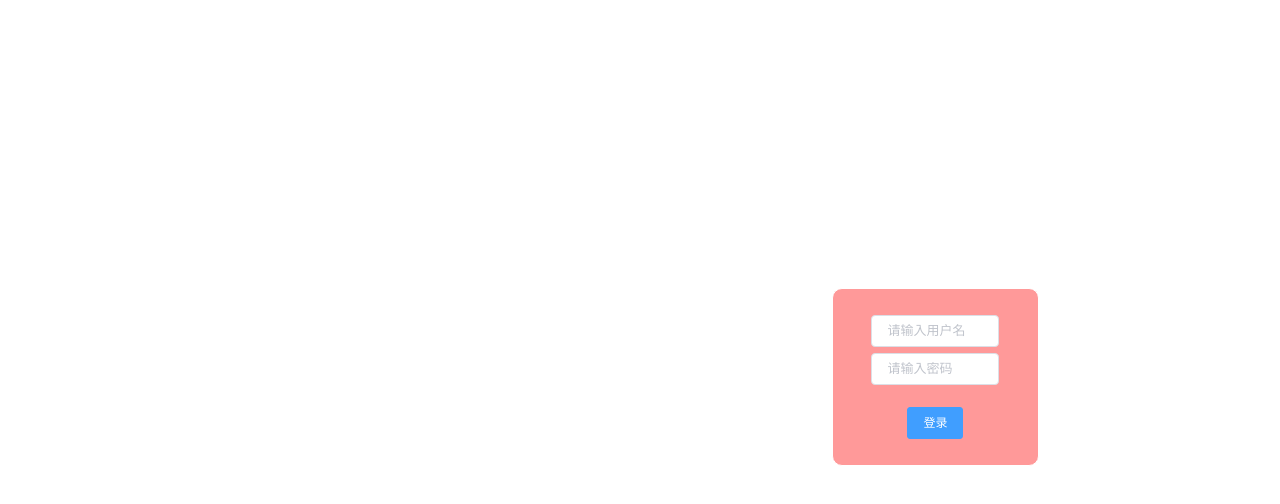
Repository: faintout/backMng
Page: / (app in backmng/)
These files come from the project's save history. The page is drawn as it stood at one moment and after the next save; the edit follows.
The browser window is 1280 px wide. The pictures show the whole page.
The project was rebuilt for these pictures with package versions that can differ from the ones it lists, and the page was loaded fresh each time. Also part of the build but not shown: backmng/vue.config.js, backmng/src/views/headerTop.vue, backmng/src/views/layout.vue, backmng/src/views/_index.vue, backmng/src/views/addList.vue, backmng/src/views/list.vue.

Above is the page before, as saved 2021-01-04 15:31:20.

After the next save:
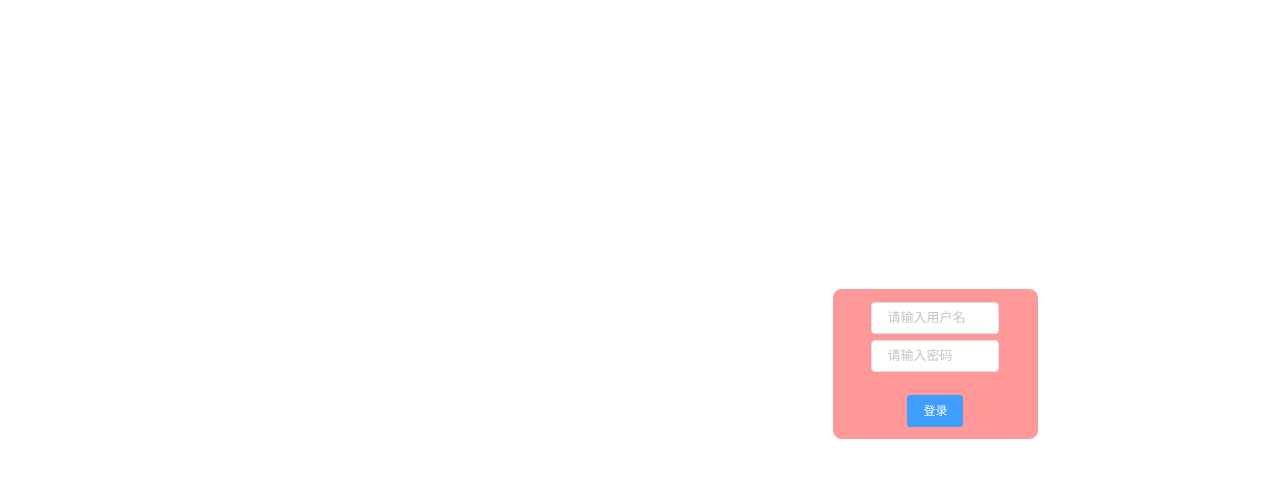
Saved 74 s later.
--- a/backmng/src/views/login.vue
+++ b/backmng/src/views/login.vue
@@ -71,7 +71,7 @@
         width: 10%;
         border: 1px solid #fff;
         border-radius: 10px;
-        padding: 2% 3%;
+        padding: 1% 3%;
         background-color: rgba(255, 255, 255, 0.4);
         background-color: rgba(255, 0, 0, 0.4);
         left: 65%;
